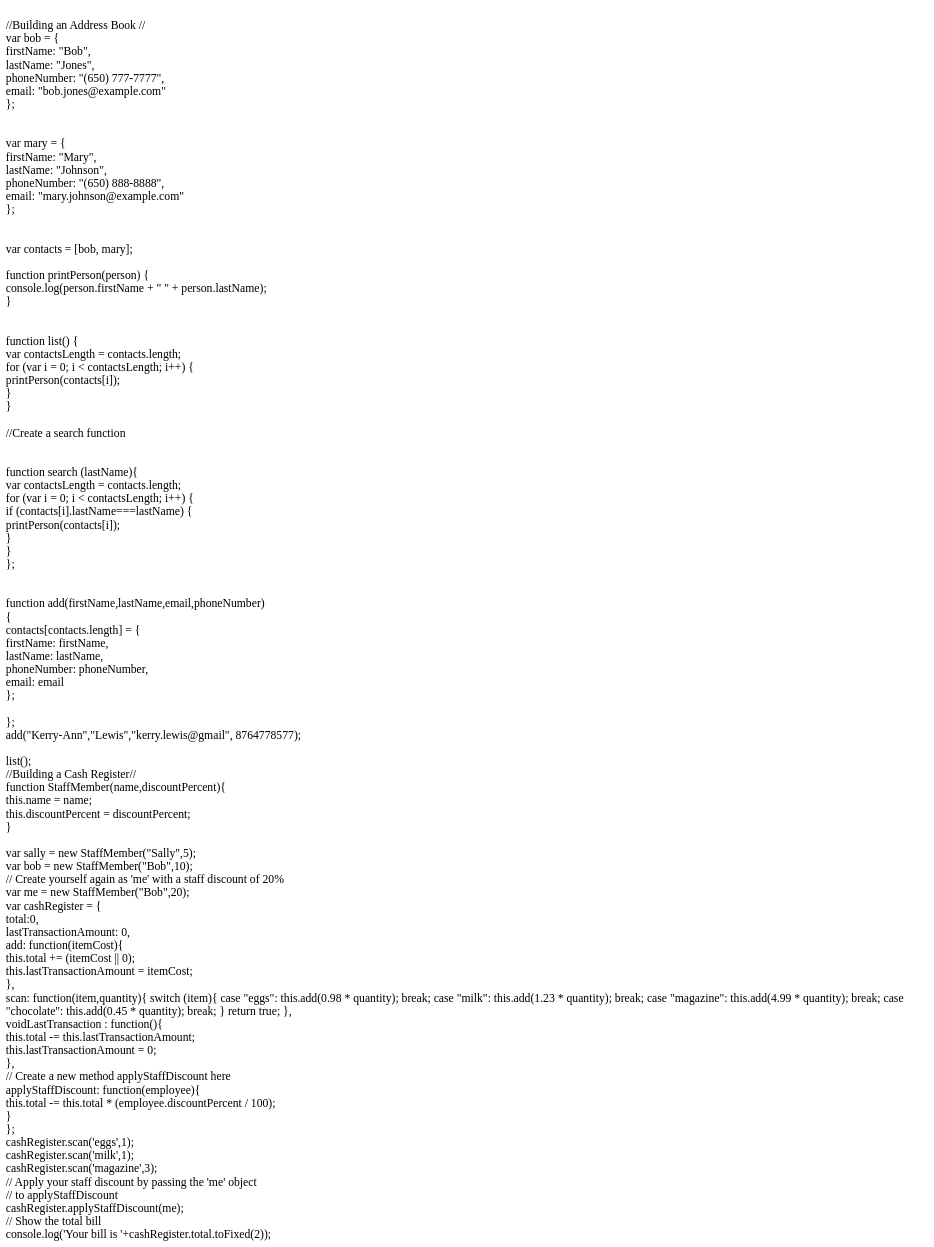
Repository: kernicole/info2180project1
Page: script.html
The author's editor kept a record of every edit. The page is drawn from the files as they stood at one moment, then again after the next edit.
The browser window is 1280 px wide. The pictures show the whole page, at 73% of full size.

Above is the page before.

### script.html
<html>
<title> Script Source Code </title>
<body>
<br/>//Building an Address Book //
<br/>var bob = {
<br/>    firstName: "Bob",
<br/>    lastName: "Jones",
<br/>    phoneNumber: "(650) 777-7777",
<br/>    email: "bob.jones@example.com"
<br/>};
<br/>
<br/>
<br/>var mary = {
<br/>    firstName: "Mary",
<br/>    lastName: "Johnson",
<br/>    phoneNumber: "(650) 888-8888",
<br/>    email: "mary.johnson@example.com"
<br/>};
<br/>
<br/>
<br/>var contacts = [bob, mary];
<br/>
<br/>function printPerson(person) {
<br/>    console.log(person.firstName + " " + person.lastName);
<br/>}
<br/>
<br/>
<br/>function list() {
<br/>	var contactsLength = contacts.length;
<br/>	for (var i = 0; i < contactsLength; i++) {
<br/>		printPerson(contacts[i]);
<br/>	}
<br/>}
<br/>
<br/>//Create a search function
<br/>
<br/>
<br/>function search (lastName){
<br/>   var contactsLength = contacts.length;
<br/>	for (var i = 0; i < contactsLength; i++) {
<br/>	    if (contacts[i].lastName===lastName) {
<br/>	        printPerson(contacts[i]);
<br/>	    }
<br/>	}
<br/>};



<br/>
<br/>

<br/>function add(firstName,lastName,email,phoneNumber)
<br/>{
<br/>    contacts[contacts.length] = {
<br/>    firstName: firstName,
<br/>    lastName: lastName,
<br/>    phoneNumber: phoneNumber,
<br/>    email: email
<br/>};

<br/>


<br/>};


<br/>add("Kerry-Ann","Lewis","kerry.lewis@gmail", 8764778577);
<br/>
<br/>list();






<br/>//Building a Cash Register//



<br/>function StaffMember(name,discountPercent){
<br/>    this.name = name;
 <br/>   this.discountPercent = discountPercent;
<br/>}
<br/>
<br/>var sally = new StaffMember("Sally",5);
<br/>var bob = new StaffMember("Bob",10);

<br/>// Create yourself again as 'me' with a staff discount of 20%
<br/>var me = new StaffMember("Bob",20);

<br/>var cashRegister = {
<br/>    total:0,
<br/>    lastTransactionAmount: 0,
<br/>    add: function(itemCost){
<br/>        this.total += (itemCost || 0);
<br/>        this.lastTransactionAmount = itemCost;
<br/>    },
<br/>    scan: function(item,quantity){
        switch (item){
        case "eggs": this.add(0.98 * quantity); break;
        case "milk": this.add(1.23 * quantity); break;
        case "magazine": this.add(4.99 * quantity); break;
        case "chocolate": this.add(0.45 * quantity); break;
        }
        return true;
    },
 <br/>   voidLastTransaction : function(){
 <br/>       this.total -= this.lastTransactionAmount;
<br/>        this.lastTransactionAmount = 0;
<br/>    },
<br/>    // Create a new method applyStaffDiscount here
<br/>    applyStaffDiscount: function(employee){
<br/>        this.total -= this.total * (employee.discountPercent / 100);
<br/>    }

<br/>};

<br/>cashRegister.scan('eggs',1);
<br/>cashRegister.scan('milk',1);
<br/>cashRegister.scan('magazine',3);
<br/>// Apply your staff discount by passing the 'me' object
<br/>// to applyStaffDiscount
<br/>cashRegister.applyStaffDiscount(me);

<br/>// Show the total bill
<br/>console.log('Your bill is '+cashRegister.total.toFixed(2));
</body>
</html>

After the next edit:
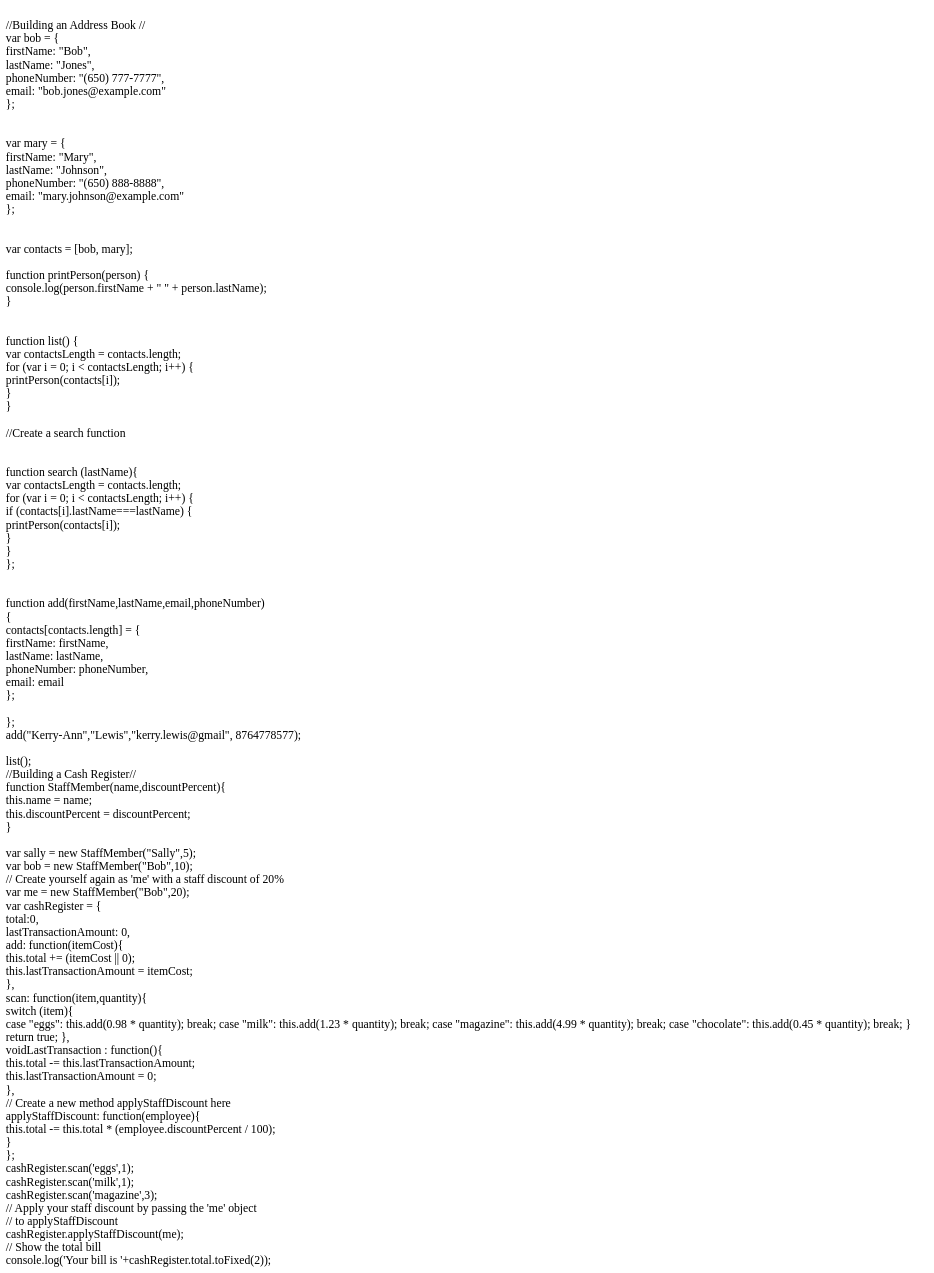
The edit:
--- a/script.html
+++ b/script.html
@@ -96,8 +96,8 @@
 <br/>        this.lastTransactionAmount = itemCost;
 <br/>    },
 <br/>    scan: function(item,quantity){
-        switch (item){
-        case "eggs": this.add(0.98 * quantity); break;
+ <br/>       switch (item){
+ <br/>       case "eggs": this.add(0.98 * quantity); break;
         case "milk": this.add(1.23 * quantity); break;
         case "magazine": this.add(4.99 * quantity); break;
         case "chocolate": this.add(0.45 * quantity); break;
